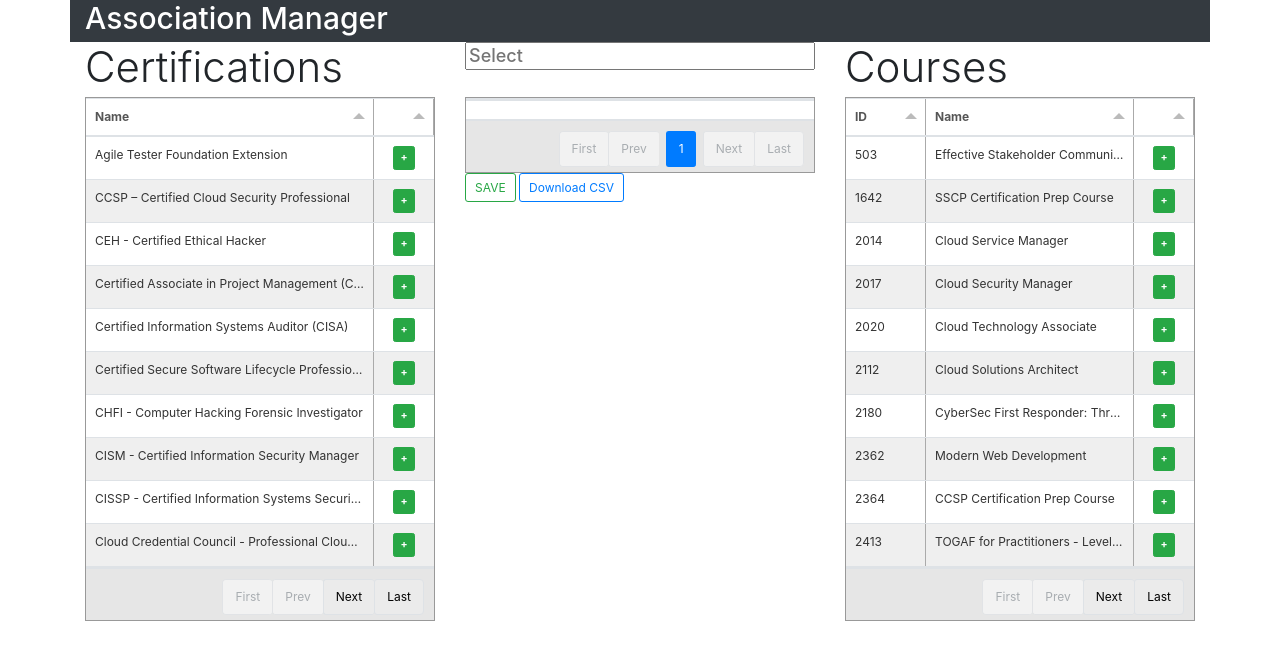
Repository: t1s1/pathfinder2
Page: index.html
The author's editor kept a record of every edit. The page is drawn from the files as they stood at one moment, then again after the next edit.
The browser window is 1280 px wide. The pictures show the whole page.

Above is the page before.

### index.html
<!doctype html>
<html class="no-js" lang="">

<head>
  <meta charset="utf-8">
  <title>Association Manager</title>

  <link rel="stylesheet" type="text/css" href="https://cdnjs.cloudflare.com/ajax/libs/twitter-bootstrap/4.1.1/css/bootstrap.min.css"/>
  <link rel="stylesheet" href="tabulator/css/tabulator.min.css">
  <link rel="stylesheet" href="tabulator/css/bootstrap/tabulator_bootstrap4.min.css">
  <style type="text/css">
    html, body {
      font-size: 12px;
      height: 100vh;
    }
    #col-header {
      height: 55px;
    }
    .table {
      height: 500px;
    }
  </style>

  <script src="https://ajax.googleapis.com/ajax/libs/jquery/3.4.1/jquery.min.js"></script>
  <script type="text/javascript" src="https://cdnjs.cloudflare.com/ajax/libs/twitter-bootstrap/4.1.1/js/bootstrap.min.js"></script>
  <script type="text/javascript" src="tabulator/js/tabulator.min.js"></script>

  <script type="text/javascript" src="pathfinder.js"></script>
</head>

<body>
<div class="container">
  <div id="header" class="row bg-dark">
    <div class="col-lg">
      <h1 class="float-left text-white">Association Manager</h1>
    </div>
  </div>
  <div id="col-header" class="row">
    <div class="display-4 col-xl-4">Certifications</div>
      <div class="col-xl-4">
        <small id="root-type" class="text-muted mt-5"></small>
        <input id="root-choice" type="text" class="h4 text-primary w-100" placeholder="Select">
      </div>
    <div class="display-4 col-xl-4">Courses</div>
  </div>
  <div id="cols" class="row">
    <div id="certs" class="table col-xl-4">
      <div id="cert-table"></div>
    </div>
    <div id="assoc" class="table col-xl-4">
      <div id="assoc-table"></div>
      <div class="table-controls">
        <button id="save-data" class="btn btn-outline-success">SAVE</button>
        <button id="download-csv" class="btn btn-outline-primary">Download CSV</button>
      </div>
    </div>
    <div id="courses" class="table col-xl-4">
      <div id="course-table"></div>
    </div>
  </div>
</div>
</body>

</html>

### pathfinder.js
/*
global $
global Tabulator
*/

$(document).ready(function() {
  $.get( "data/AA_courses.csv", function( data ) { initCourseData( data, "course-table" ) });
  $.get( "data/AA_certs.csv", function( data ) { initCertData( data, "cert-table" ) });
  $.get( "data/AA_assoc.csv", function( data ) { initAssocData( data, "assoc-table" ) });
  /*
  $.getJSON("http://34.229.45.11/json.php", function( json ) {
      initAssocData( json,"assoc-table" );
  });

  //assocTable.setData("http://34.229.45.11/json.php");
  */

  $("#download-json").click( function() {
    downloadJSON( assocData_obj.arr );
  });
  $("#save-data").click( function() {
    writeAssocData();
  });
});

const tableHeight = 500;

// these need to persist and be accessible
var courseData_obj = {};
var certData_obj = {};

var assocTable;
var assocData_obj = {};
var assocRoot_obj = { type:"", ID:"", name:"" };
var assocTableName;

function processData( data ) {
  var dataRows = data.split(/\r\n|\n/);
  var headers = dataRows[0].split(',');
  var data_arr = [];

  function removeQuoteMarks(string) {
    return string.replace(/"/g,'');
  };

  for (var i=1; i<dataRows.length; i++) {
    var data = dataRows[i].split(',');
    if (data.length == headers.length) {
      var row = {};
      for (var j=0; j<headers.length; j++) {
        row[headers[j]] = removeQuoteMarks(data[j]);
      }
      data_arr.push(row);
    }
  };

  return { "arr": data_arr, "headers": headers };
}

function setupCourseTable( data_obj, tableName ) {

  var headers = data_obj.headers;
  var data_arr = data_obj.arr;

  function addButtonCustomFormatter( cell, formatterParams ){
    return "<button class='btn btn-sm btn-success course-add-button font-weight-bold' >&plus;</button>";
  };

  function onAddClick( e, cell ){
    var row = cell.getRow();
    assocTable.addRow(row.getData());
  }

  function onSelectClick( e, cell ){
    var row = cell.getRow();
    // set header of association table
    $("#root-choice").val(row.getData()["NAME"]);
    // set type
    $("#root-type").text("COURSE");
    // note that we send the *cert* data obj - we filter by course
    resetAssocTable("course", certData_obj, row.getData()["COURSE_ID"]);
    // disable the course ADD buttons and enable cert ADD buttons
    $(".course-add-button").prop('disabled', true);
    $(".cert-add-button").prop('disabled', false);
  }

  var columns = [
    {title: "ID", field: headers[0], width:80, cellClick: onSelectClick},
    { title:"Name", field:headers[1], cellClick: onSelectClick },
    { formatter: addButtonCustomFormatter, width:60, align:"center", cellClick: onAddClick }
    ]

  var table = new Tabulator("#"+tableName, {
    data: data_arr,
    layout: "fitColumns",
    pagination: "local",
    paginationSize: 10,
    columns: columns
  });
}

function setupCertTable( data_obj, tableName ) {

  var headers = data_obj.headers;
  var data_arr = data_obj.arr;

  function addButtonCustomFormatter( cell, formatterParams ){
    return "<button class='btn btn-sm btn-success cert-add-button font-weight-bold' >&plus;</button>";
  };

  function onAddClick( e, cell ){
    var row = cell.getRow();
    assocTable.addRow(row.getData());
  }

  function onSelectClick( e, cell ){
    var row = cell.getRow();
    // set header of association table
    $("#root-choice").val(row.getData()["NAME"]);
    // set type
    $("#root-type").text("CERTIFICATION");
    // note that we send the *course* data obj - we filter by cert
    resetAssocTable("cert", courseData_obj, row.getData()["CERT_ID"]);
    // disable the cert ADD buttons and enable course ADD buttons
    $(".cert-add-button").prop('disabled', true);
    $(".course-add-button").prop('disabled', false);
  }

  var columns = [
    { title:"Name", field:headers[1], cellClick: onSelectClick },
    { formatter: addButtonCustomFormatter, width:60, align:"center", cellClick: onAddClick }
    ]

  var table = new Tabulator("#"+tableName, {
    data: data_arr,
    layout: "fitColumns",
    pagination:"local",
    paginationSize: 10,
    columns: columns
  });
}

function setupAssocTable( tableName ){

    // show filtered version of table
  assocTable = new Tabulator("#"+assocTableName, {
    layout:"fitColumns",
    pagination: "local",
    paginationSize: 10,
  });
}

function initCourseData( data, tableName ) {
  courseData_obj = processData( data );
  setupCourseTable( courseData_obj, tableName );
}


function initCertData( data, tableName ) {
  certData_obj = processData( data );
  setupCertTable( certData_obj, tableName );
}


function initAssocData( data, tableName ) {
  assocData_obj = processData( data );
  assocTableName = tableName;
  setupAssocTable( assocTableName );
}

function writeAssocData() {
  var newAssoc_arr = [];
  var filteredData_arr  = assocTable.getData(true); // true for filtered only

  function newAdditions( old_arr, new_arr ) {
    var newElements_arr = [];
    // find matches - if matched then we don't need to add it
    // iterate through filtered assoc array
    $.each( new_arr, function( i, obj ){
      var found = false;
      // find match in unfiltered assoc array (all existing associations)
      $.grep( old_arr, function( element, j ) {
        if (element["COURSE_ID"] === obj["COURSE_ID"] && element["CERT_ID"] === obj["CERT_ID"] ) {
          found = true;
          return true;
        }
        return false;
      });
      if( !found ){ newElements_arr.push(obj)}
    });

    return $.merge( old_arr, newElements_arr );
  }

  function newDeletions( old_arr, new_arr, key, value ){
    var updated_arr = Array.from(old_arr);
    var key2 = (key === "COURSE_ID") ? "CERT_ID" : "COURSE_ID";

    // iterate through original array
    $.each( old_arr, function( i, obj ){
      // only check the correct ID
      if( obj[key] === value ){
        var found = false;
        // search in new filtered array (maybe deletions)
        $.grep( new_arr, function( element, j ) {
          if (element[key] === obj[key] && element[key2] === obj[key2] ) {
            found = true;
            return true;
          }
          return false;
        });
        // remove
        if( !found ){
          updated_arr.splice( i, 1 )
        }
      }
    });

    return updated_arr;
  }

  if( assocRoot_obj.type === "course" ){
    // create new array of objects
    $.each(filteredData_arr, function(i, obj){
      newAssoc_arr.push({COURSE_ID: assocRoot_obj.ID, CERT_ID: obj.CERT_ID})
    });
    // first delete
    assocData_obj.arr = newDeletions( assocData_obj.arr, newAssoc_arr, "COURSE_ID", assocRoot_obj.ID );
    // then add new
    assocData_obj.arr = newAdditions( assocData_obj.arr, newAssoc_arr );
  }
  else {
    // create new array of objects
    $.each(filteredData_arr, function(i, obj){
      newAssoc_arr.push({CERT_ID: assocRoot_obj.ID, COURSE_ID: obj.COURSE_ID})
    });
    // first delete
    assocData_obj.arr = newDeletions( assocData_obj.arr, newAssoc_arr, "CERT_ID", assocRoot_obj.ID );
    // then add new
    assocData_obj.arr = newAdditions( assocData_obj.arr, newAssoc_arr );
  }
  downloadJSON( assocData_obj.arr );
}

function resetAssocTable( selected, data_obj, ID ) {

  var columns = [];

  // array within the filter array gives OR, which is good
  var filter = [[{
    field:"COURSE_ID",
    type:"=",
    value: "0"
    }]]; // starter filter object should give no results

  // set up root obj
  assocRoot_obj.type = selected;
  assocRoot_obj.ID = ID;

  // set up table to show certifications for COURSE
  if (assocRoot_obj.type === "course") {
    assocRoot_obj.name = certData_obj.headers[1];
    columns = [
      { title: "Name", field: assocRoot_obj.name },
      { formatter:"buttonCross", width:40, align:"center", cellClick:function(e, cell) { cell.getRow().delete(); }}
    ];
    // build correct filter
    $.grep(assocData_obj.arr, function( element, i ) {
      if (element["COURSE_ID"] === assocRoot_obj.ID) {
        filter[0].push({
          field:"CERT_ID",
          type:"=",
          value: element["CERT_ID"]
          });
        return true;
      }
      return false;
    });
  }
  // set up table to show courses for CERTIFICATION
  else {
    assocRoot_obj.name = courseData_obj.headers[1];
    columns = [
      { title: "ID", field: courseData_obj.headers[0], width:80 },
      { title: "Name", field: assocRoot_obj.name },
      { formatter:"buttonCross", width:40, align:"center", cellClick:function(e, cell) { cell.getRow().delete(); }}
    ];
    // build correct filter
    $.grep(assocData_obj.arr, function( element, i ) {
      if (element["CERT_ID"] === assocRoot_obj.ID) {
        filter[0].push({
          field:"COURSE_ID",
          type:"=",
          value: element["COURSE_ID"]
          });
        return true;
      }
      return false;
    });
  }

  // show filtered version of table
  assocTable = new Tabulator("#"+assocTableName, {
    layout:"fitColumns",
    pagination:"local",
    paginationSize: 10,
    data: data_obj.arr,
    //movableRows: true,
    initialFilter: filter,
    columns: columns
  });
}

function downloadJSON( content_arr ) {
  var jsonData = JSON.stringify(content_arr);
  var tempDownloadElement = document.createElement("a");
  var file_blob = new Blob( [jsonData], {type: "json"});

  tempDownloadElement.href = URL.createObjectURL(file_blob);
  tempDownloadElement.download = "assoc_data.json";
  tempDownloadElement.click();
}

Loaded but not shown: tabulator/css/tabulator.min.css (library); tabulator/css/bootstrap/tabulator_bootstrap4.min.css (library); tabulator/js/tabulator.min.js (library)

After the next edit:
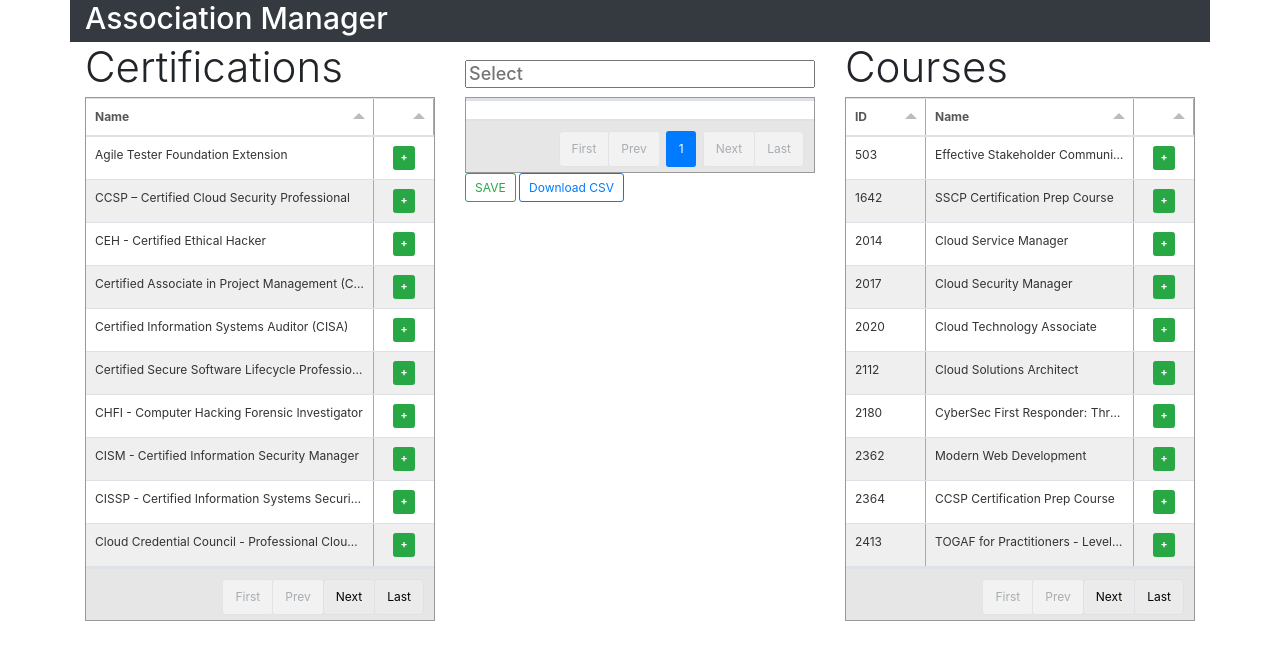
The edit:
--- a/index.html
+++ b/index.html
@@ -38,7 +38,7 @@
   <div id="col-header" class="row">
     <div class="display-4 col-xl-4">Certifications</div>
       <div class="col-xl-4">
-        <small id="root-type" class="text-muted mt-5"></small>
+        <small id="root-type" class="text-muted mt-5">&nbsp;</small>
         <input id="root-choice" type="text" class="h4 text-primary w-100" placeholder="Select">
       </div>
     <div class="display-4 col-xl-4">Courses</div>
